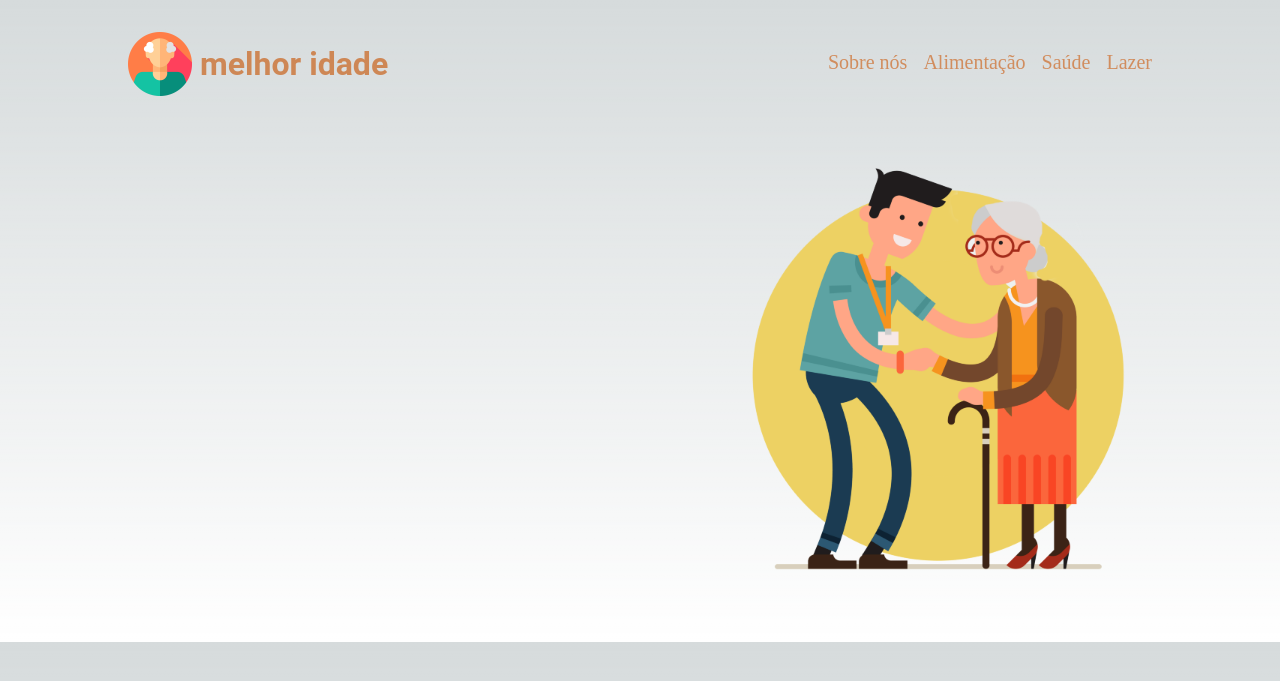
Repository: Giopol12/melhor-idade-online
Page: /home
These files come from the project's save history. The page is drawn as it stood at one moment and after the next save; the edit follows.
The browser window is 1280 px wide. The pictures show the whole page.
The project was rebuilt for these pictures with package versions that can differ from the ones it lists, and the page was loaded fresh each time. The framework's server and built-in components were replaced by stand-ins that run in the browser. Also part of the build but not shown: next.config.js.

Above is the page before, as saved 2023-11-12 15:45:46.

### src/pages/home/index.tsx
import { Header } from '@/components/Header'
import { Container } from './styles'
import { HomeMain } from './HomeMain'

export default function Home() {
  return (
    <Container>
      <Header />
      <HomeMain />
    </Container>
  )
}

### src/components/Header/index.tsx
import Image from 'next/image'
import { HeaderContainer, LogoContainer, NavContainer } from './styles'

import logo2 from '../../../assets/logo2.png'
import Link from 'next/link'

export function Header() {
  return (
    <HeaderContainer>
      <LogoContainer href="/">
        <Image src={logo2} width={64} alt="logo" quality={100} />
        <strong>melhor idade</strong>
      </LogoContainer>

      <NavContainer>
        <Link href={'/nutrition'}>Sobre nós</Link>
        <Link href="/">Alimentação</Link>
        <Link href="/">Saúde</Link>
        <Link href="/">Lazer</Link>
      </NavContainer>
    </HeaderContainer>
  )
}

### src/pages/home/styles.ts
import { styled } from '@/styles'

export const Container = styled('div', {
  maxWidth: '1440px',
  margin: '0 auto',
})

### src/pages/home/HomeMain/index.tsx
import Image from 'next/image'
import { ContentContainer, HomeMainContainer } from './styles'

import mainImg from '../../../../assets/main-image.png'

export function HomeMain() {
  return (
    <HomeMainContainer>
      <ContentContainer></ContentContainer>
      <Image src={mainImg} width={450} alt="" />
    </HomeMainContainer>
  )
}

### src/components/Header/styles.ts
import { styled } from '@/styles'
import Link from 'next/link'

export const HeaderContainer = styled('header', {
  maxWidth: 1024,
  margin: '2rem auto',
  display: 'flex',
  justifyContent: 'space-between',
  alignItems: 'center',
})
export const LogoContainer = styled(Link, {
  fontFamily: 'Roboto, sans-serif',
  display: 'flex',
  alignItems: 'center',
  gap: '0.5rem',
  fontWeight: 900,
  fontSize: '2rem',
  textDecoration: 'none',
  color: '$beije500',
})
export const NavContainer = styled('div', {
  display: 'flex',
  gap: '1rem',
  a: {
    textDecoration: 'none',
    color: '$beije400',
    fontSize: '$lg',
    borderBottom: '3px solid transparent',
    '&:hover': {
      borderBottom: '3px solid $beije500',
    },
  },
})

### src/styles/index.ts
import { createStitches } from '@stitches/react'
export const {
  config,
  createTheme,
  css,
  getCssText,
  globalCss,
  keyframes,
  prefix,
  reset,
  styled,
  theme,
} = createStitches({
  theme: {
    colors: {
      white: '#FFF',

      beije100: '#FFFBF4',
      beije400: '#D18D5E',
      beije500: '#CE8755',
      gray700: '#21201F',
      gray900: '#010101',
      green100: '#CDE693',
    },

    fontSizes: {
      md: '1.125rem',
      lg: '1.25rem',
      xl: '1.5rem',
      '2xl': '2rem',
    },
  },
})

### src/pages/home/HomeMain/styles.ts
import { styled } from '@/styles'

export const HomeMainContainer = styled('main', {
  maxWidth: 1024,
  margin: '3rem auto',
  display: 'flex',
  justifyContent: 'space-between',
  alignItems: 'center',
})
export const ContentContainer = styled('div', {})

Loaded but not shown: src/pages/_app.tsx (common file); src/pages/_document.tsx (common file); src/styles/globals.css (common file)

After the next save:
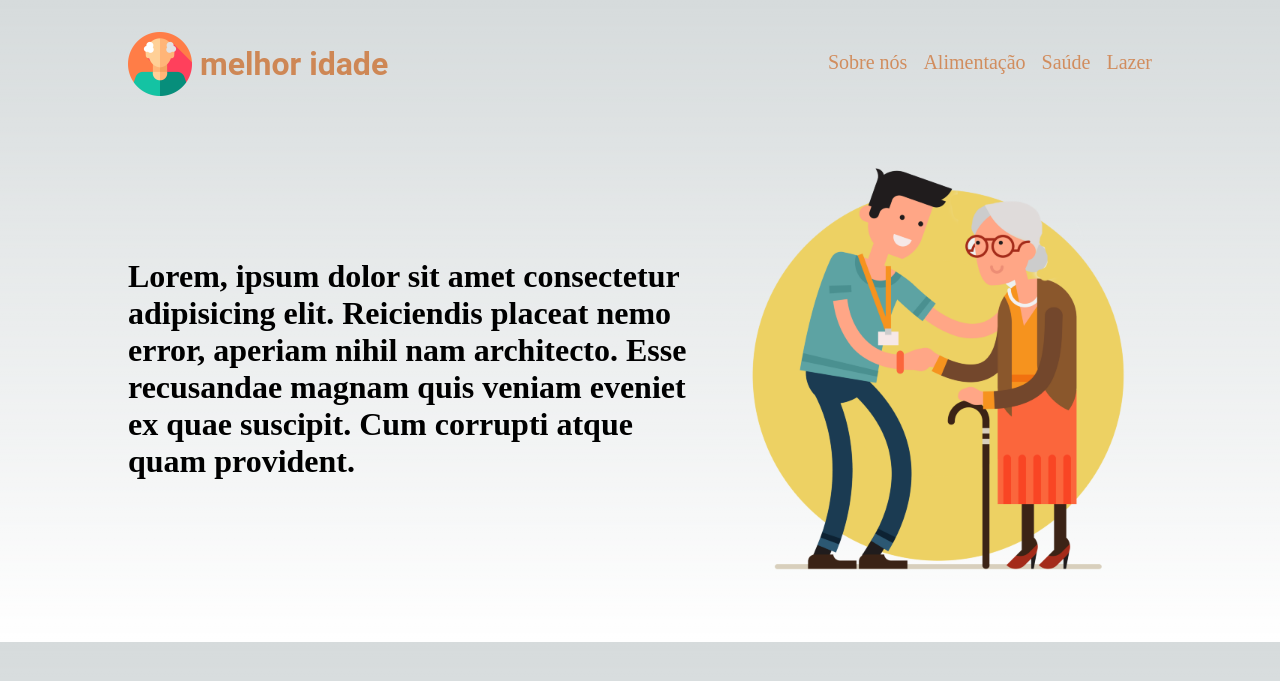
Saved 73 s later.
--- a/src/pages/home/HomeMain/index.tsx
+++ b/src/pages/home/HomeMain/index.tsx
@@ -6,7 +6,14 @@ import mainImg from '../../../../assets/main-image.png'
 export function HomeMain() {
   return (
     <HomeMainContainer>
-      <ContentContainer></ContentContainer>
+      <ContentContainer>
+        <h1>
+          Lorem, ipsum dolor sit amet consectetur adipisicing elit. Reiciendis
+          placeat nemo error, aperiam nihil nam architecto. Esse recusandae
+          magnam quis veniam eveniet ex quae suscipit. Cum corrupti atque quam
+          provident.
+        </h1>
+      </ContentContainer>
       <Image src={mainImg} width={450} alt="" />
     </HomeMainContainer>
   )
